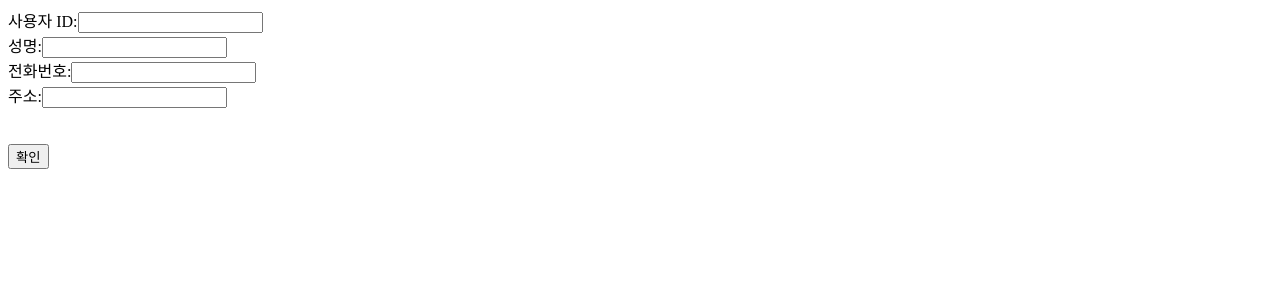
Repository: chanhooop/JSP
Page: http://localhost/CRUD/purchaserInsert_01.jsp
An editor plug-in stored every save of this project. The page is shown before and after the next save, followed by the edit.
The browser window is 1280 px wide. The pictures show the whole page.
The page is served by Tomcat 9.

Above is the page before, as saved 2021-05-11 04:12:50.
Console error: SyntaxError: Unexpected end of input

### CRUD/src/main/webapp/purchaserInsert_01.jsp
<%@ page language="java" contentType="text/html; charset=UTF-8"
    pageEncoding="UTF-8"%>
<!DOCTYPE html>
<html>
<head>
<meta charset="UTF-8">
<title>Insert title here</title>
</head>
<script type="text/javascript">
	function checkLogin() {
		var form = document.loginForm;  //반복되는 부분 변수로 만들수 있다
		 	      //document는 이 문서. loginForm은 폼태그 이름

		// Empty Check
		if(form.userid.value == ""){
			alert("제대로 입력하세요!");
			form.userid.focus();
			return false; //false값을 안줘버리면 액션페이지로 넘어가 버린다!!
		}else if(form.userid.value == ""){
			alert("제대로 입력하세요!");
			form.userid.focus();
			return false; //false값을 안줘버리면 액션페이지로 넘어가 버린다!!
		if(form.name.value == ""){
			alert("제대로 입력하세요!");
			form.name.focus();
			return false; //false값을 안줘버리면 액션페이지로 넘어가 버린다!!
		}
		if(form.tel.value == ""){
			alert("제대로 입력하세요!");
			form.tel.focus();
			return false; //false값을 안줘버리면 액션페이지로 넘어가 버린다!!
		}
		if(form.address.value == ""){
			alert("제대로 입력하세요!");
			form.address.focus();
			return false; //false값을 안줘버리면 액션페이지로 넘어가 버린다!!
		}



		form.submit();

	}
</script>
<body>


	<form name="loginForm" action="purchaserInsert_02.jsp">
		사용자 ID:<input type="text" name="userid"><br>
		성명:<input type="text" name="name"><br>
		전화번호:<input type="text" name="tel"><br>
		주소:<input type="text" name="address"><br>

		<br><br>

		<input type="button" value="확인" onclick="checkLogin()">

	</form>

</body>
</html>

After the next save:
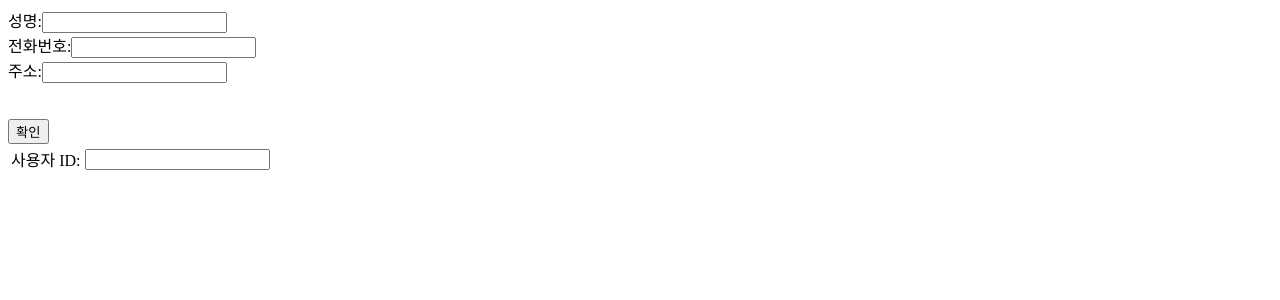
Saved 30 min 25 s later.
--- a/CRUD/src/main/webapp/purchaserInsert_01.jsp
+++ b/CRUD/src/main/webapp/purchaserInsert_01.jsp
@@ -45,8 +45,12 @@
 <body>
 
 
+<table>
 	<form name="loginForm" action="purchaserInsert_02.jsp">
-		사용자 ID:<input type="text" name="userid"><br>
+		<tr>
+			<td>사용자 ID:</td>
+			<td><input type="text" name="userid"></td>
+		</tr>
 		성명:<input type="text" name="name"><br>
 		전화번호:<input type="text" name="tel"><br>
 		주소:<input type="text" name="address"><br>
@@ -56,6 +60,7 @@
 		<input type="button" value="확인" onclick="checkLogin()">
 
 	</form>
+</table>
 
 </body>
 </html>
